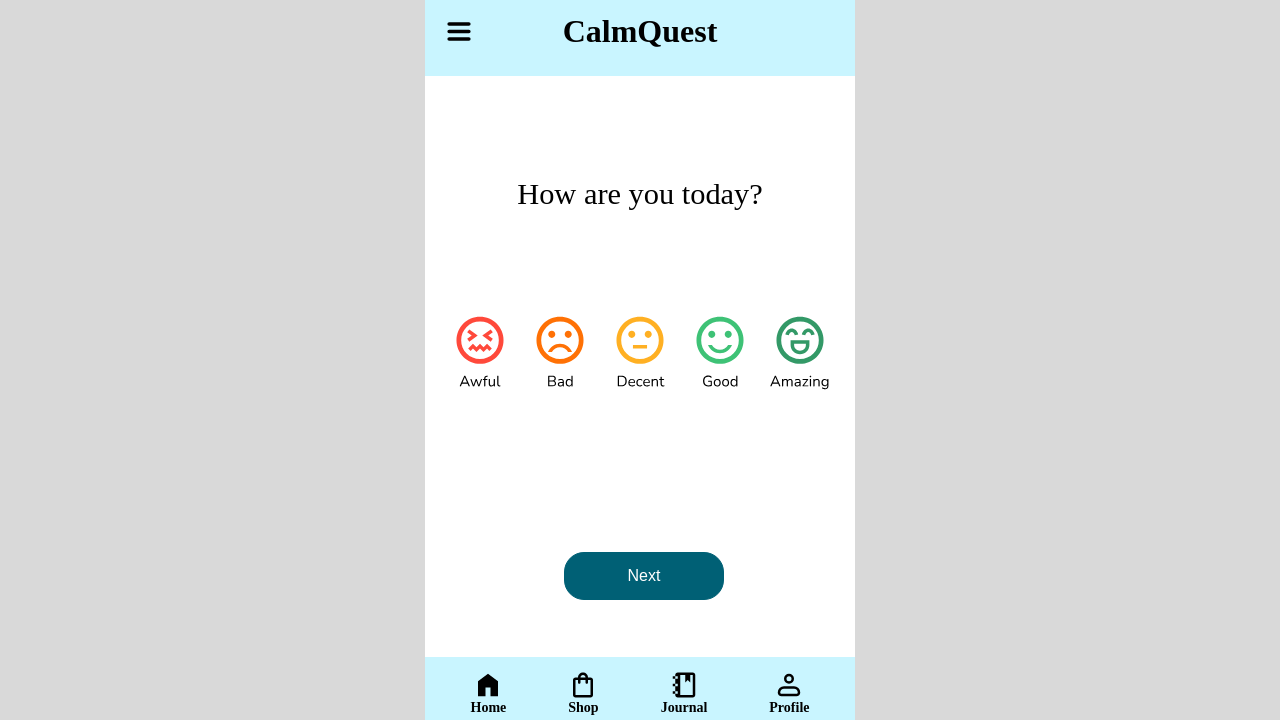
Repository: Michelle2317/CalmQuest
Page: /ParentQuiz
The author's editor kept a copy of each file at every save. The page is drawn from the files as they stood at one save, then again after the next save.
The browser window is 1280 px wide. The pictures show the whole page.
The project was rebuilt for these pictures with package versions that can differ from the ones it lists, and the page was loaded fresh each time. The framework's server and built-in components were replaced by stand-ins that run in the browser. Also part of the build but not shown: next.config.mjs.

Above is the page before, as saved 2024-04-11 02:17:05.

### pages/ParentQuiz.js
import Head from 'next/head'
import styles from '@/styles/Home.module.css'
import ChildQuestions from './ChildQuestions'
import Navbar from '@/components/Navbar'
import Tabbar from '@/components/Tabbar'
import Image from 'next/image'
import { useState } from 'react'

export default function ParentQuiz() {
	const [step, setStep] = useState(1)
	const [previousAnswer, setPreviousAnswer] = useState(null)
	const [selectedAnswers, setSelectedAnswers] = useState([])
	const [quizComplete, setQuizComplete] = useState(false)
	const [score, setScore] = useState(0)
	const [outcome, setOutcome] = useState('')
	const [seedsClaimed, setSeedsClaimed] = useState(false)

	const handleAnswerSelect = (answer) => {
		let points = 0

		switch (step) {
			case 1:
				switch (answer) {
					case 'Awful':
						points = -2
						break
					case 'Bad':
						points = -1
						break
					case 'Decent':
						points = 0
						break
					case 'Good':
						points = 1
						break
					case 'Amazing':
						points = 2
						break
					default:
						break
				}
				break
			case 2:
				switch (answer) {
					case 'Joy':
						points = 1
						break
					case 'Sadness':
					case 'Fear':
						points = -1
						break
					case 'Anger':
						points = -2
						break
					default:
						break
				}
				break
			default:
				break
		}
		setSelectedAnswers([...selectedAnswers, { answer, points }])
		setScore(score + points)

		if (step === 4) {
			calculateOutcome()
		}
		setPreviousAnswer(answer)
	}

	const handleNextStep = () => {
		if (step < 4) {
			setStep(step + 1)
		} else {
			setQuizComplete(true)
			calculateOutcome()
		}
	}

	const calculateOutcome = () => {
		const headspace =
			selectedAnswers[
				selectedAnswers.length - 1
			].answer.toString()
		const totalScore = score
		let message = ''

		if (totalScore >= 0 && totalScore <= 3) {
			message = `You're doing a great job about your ${headspace.toLowerCase()}! Keep it up and you'll do wonders!`
		} else if (totalScore > 3 && totalScore <= 6) {
			message = `You're doing great about your ${headspace.toLowerCase()}!`
		} else if (totalScore >= -7 && totalScore <= -5.5) {
			message = `It sounds like you're having a tough time with your ${headspace.toLowerCase()}. Consider seeking professional help services.`
		} else if (totalScore > -5 && totalScore <= -3) {
			message = `It sounds like you're struggling with your ${headspace.toLowerCase()}. Try some mental exercises to improve your mood.`
		} else if (totalScore > -2.5 && totalScore < 0) {
			message = `It seems like you're having a bit of difficulty with your ${headspace.toLowerCase()}. Mental exercises might help.`
		}
		setOutcome(message)
	}

	const handleClaimSeeds = () => {
		setSeedsClaimed(true)
	}

	const handleMoreActivities = () => {}

	const handlePreviousStep = () => {
		if (step > 1) {
			setStep(step - 1)
		}
	}

	const handleSubmitQuiz = () => {
		setQuizComplete(true)
		calculateOutcome()
	}

	return (
		<>
			<Head>
				<title>CalmQuest</title>
				<meta name="description" content="Generated by create next app" />
				<meta name="viewport" content="width=device-width, initial-scale=1" />
				<link rel="icon" href="/favicon.ico" />
			</Head>
			<main className={`${styles.main}`}>
				<div className={styles.mainContainer}>
					<Navbar />
					{!quizComplete && (
						<ChildQuestions
							question={
								step === 1
									? 'How are you today?'
									: step === 2
									? 'How do you feel?'
									: step === 3
									? 'Describe your feelings?'
									: "What's taking up most of your headspace right now?"
							}
							onSelect={
								handleAnswerSelect
							}
							previousAnswer={
								previousAnswer
							}
							handleNextStep={
								handleNextStep
							}
							outcome={outcome}
					  />
				  )}
					{quizComplete && (
						<div
							className={styles.outcomeContainer}>
							<Image
								src="/images/check.svg"
								alt="Check"
								width={100}
								height={100}
								className={styles.checkIcon}
							/>
							<h2 className={styles.checkDone}>Check-In Done!</h2>
							<p className={`${styles.outcomeMessage}`}>{outcome}</p>
							{!seedsClaimed ? (
								<button
									className={styles.primaryButtonQuiz}
									onClick={handleClaimSeeds}>	Claim 3x Seeds
								</button>
							) : (
								<p
									className={styles.claimedSeeds}>Seeds Claimed</p>
							)}
							<button
								className={styles.primaryButtonQuiz}
								onClick={handleMoreActivities}>More Activities
							</button>
						</div>
					)}
					<div className={styles.buttonContainer}>
						{step > 1 && !quizComplete && (
							<button
								className={`${styles.secondaryButtonQuiz}`}
								onClick={handlePreviousStep}
								tabindex="0">Back
							</button>
						)}
						{!quizComplete ? (
							<button
								className={`${styles.primaryButtonQuiz}`}
								onClick={step === 4 ? handleSubmitQuiz : handleNextStep}
								tabindex="0"
							  >
								{step === 4 ? 'Submit' : 'Next'}
							</button>
						) : (
							<>
              </>
						)}
					</div>
					<Tabbar />
				</div>
			</main>
		</>
	)
}

### styles/globals.css
:root {
	--white: #fff;
	--black: #000;
	--gray: #d9d9d9;
	--light-blue: #c9f5ff;
	--dark-turquoise: #006075;
	--dark-gray: #C0C0C0;
	/* --ombre: linear-gradient(180deg, #E7ECFF 0%, #D8FFFA 100%); */
	/* font size */
	--title1: 36px;
	--title2: 32px;
	--body2: 16px;
	--body-3-small: 14px;
	--body-1-large: 18px;
}

* {
	margin: 0;
	padding: 0;
}

### styles/Home.module.css
.main {
	display: flex;
	flex-direction: row;
	justify-content: center;
	align-items: center;
	min-height: 20vh;
	background-color: var(--gray);
	overflow-y: hidden;
}

.mainContainer {
	position: relative;
	display: flex;
	flex-direction: column;
	justify-content: space-between;
	align-items: center;
	width: 430px;
	height: 100vh;
	max-height: 932px;
	background-color: var(--white);
	overflow-y: auto;
	overflow-x: hidden;
}

.getStartedButton {
}

/*home content*/
.helloContainer {
	display: flex;
	flex-direction: row;
	align-items: center;
	gap: 48px;
}

.mainHello {
	font-size: var(--title2);
}

.mainQuote,
.checkIn {
	font-size: var(--body-3-small);
}

.journalingContainer {
	width: 398px;
}

.explore,
.prompt {
	font-size: var(--body-1-large);
	font-weight: bold;
}

.quote {
	font-size: var(--body2);
}

.write {
	text-align: right;
}

.exerciseCarousel {
	display: flex;
	flex-direction: row;
}

/* Quiz/Check-In */
.questionOne,
.questionTwo {
	color: var(--black);
	font-family: 'Merriweather', serif;
	font-size: 1.9em;
	font-weight: 400;
	text-align: center;
}

.questionDescription {
	font-family: 'Nunito', sans-serif;
	font-size: 1rem;
	font-weight: 400;
}

.questionTwoDescription {
	font-family: 'Nunito', sans-serif;
	font-size: 1rem;
	font-weight: 400;
	margin-top: -4rem;
}

.questionThreeDescription {
	font-family: 'Nunito', sans-serif;
	font-size: 1rem;
	font-weight: 400;
	margin-top: -5rem;
}

.emojis {
	flex-direction: row;
	display: inline-flex;
	position: relative;
	justify-content: center;
	padding-bottom: 10rem;
}

.questionOneNext {
	position: absolute;
	margin-top: 28rem;
}

.quizNext {
	position: absolute;
	margin-top: 30rem;
	margin-left: 8rem;
}

.quizBack {
	position: absolute;
	margin-top: 30rem;
	margin-right: 8rem;
}

.emojisEmotion {
	display: flex;
	flex-wrap: wrap;
	justify-content: center;
	margin-top: -4rem;
}

.emotionContainer {
	display: flex;
}

.emotionRegular {
	width: 9rem;
	height: 6rem;
	margin: 0.5rem;
	padding: 0.5rem;
	background-color: var(--light-blue);
	border-radius: 0.5rem;
}

.selectedEmoji {
	border: 0.2rem solid var(--dark-turquoise);
}

.multiSelectContainer {
	display: flex;
	flex-wrap: wrap;
	justify-content: center;
}

.titleEmotion {
	position: absolute;
	margin-top: -5rem;
}

.rectangle {
	width: 6.5rem;
	height: 3.5rem;
	background-color: var(--light-blue);
	margin: 0.5rem;
	display: flex;
	justify-content: center;
	align-items: center;
	border-radius: 0.5rem;
	font-family: 'Nunito', sans-serif;
}

.buttonContainer {
	position: absolute;
	margin-top: 34.5rem;
}

.primaryButtonQuiz {
	text-align: center;
	color: var(--white);
	font-size: 16px;
	font-family: 'Nunito', sans-serif;
	font-weight: 400;
	word-wrap: break-word;
	width: 160px;
	height: 48px;
	background: var(--dark-turquoise);
	border: 1px var(--dark-turquoise) solid;
	border-radius: 20px;
	overflow: hidden;
	justify-content: center;
	align-items: center;
	gap: 10px;
	display: inline-flex;
	margin-left: 0.5rem;
}

.primaryButtonQuiz:hover {
	text-align: center;
	color: var(--dark-turquoise);
	font-size: 16px;
	font-family: 'Nunito', sans-serif;
	font-weight: 400;
	word-wrap: break-word;
	width: 160px;
	height: 48px;
	background: var(--light-blue);
	border: 1px var(--dark-turquoise) solid;
	border-radius: 20px;
	overflow: hidden;
	justify-content: center;
	align-items: center;
	display: inline-flex;
	margin-left: 3rem;
	margin-top: 2rem;
}

.secondaryButtonQuiz {
	text-align: center;
	color: var(--white);
	font-size: 16px;
	font-family: 'Nunito', sans-serif;
	font-weight: 400;
	word-wrap: break-word;
	width: 160px;
	height: 48px;
	border-radius: 20px;
	background-color: var(--black);
	overflow: hidden;
	border: 1px var(--black) solid;
	justify-content: center;
	align-items: center;
	gap: 10px;
	display: inline-flex;
}

.secondaryButtonQuiz:hover {
	width: 160px;
	height: 48px;
	color: var(--black);
	background: var(--white);
	border-radius: 20px;
	overflow: hidden;
	border: 1px var(--black) solid;
	justify-content: center;
	align-items: center;
	gap: 10px;
	display: inline-flex;
}

.secondary,
.button {
	color: var(--dark-turquoise);
}

.checkIcon {
	position: relative;
	padding-left: 10rem;
	margin-top: -4rem;
}

.checkDone {
	color: var(--black);
	font-family: 'Merriweather', serif;
	font-size: 1.9em;
	font-weight: 400;
	text-align: center;
	padding-top: 2rem;
	padding-bottom: 1rem;
}

.claimedSeeds {
	text-align: center;
	color: var(--white);
	font-size: 16px;
	font-family: 'Nunito', sans-serif;
	font-weight: 400;
	width: 160px;
	height: 48px;
	background: var(--dark-gray);
	border: 1px var(--dark-turquoise) solid;
	border-radius: 20px;
	overflow: hidden;
	justify-content: center;
	align-items: center;
	display: inline-flex;
	margin-left: 3rem;
	margin-top: 2rem;
}

.outcomeMessage {
	text-align: center;
	width: 90%;
	padding-left: 1rem;
}

### components/Navbar/index.js
import styles from './Navbar.module.css'
import Image from 'next/image'

export default function Navbar() {
	return (
		<>
			<div className={styles.navbar}>
					<Image
						src={`/images/hamburgerMenu.svg`}
						alt="hamburger menu"
						width="30"
						height="30"
						className={styles.hamburgerMenuIcon}
					/>
				<div className={styles.calmQuest}>CalmQuest</div>
			</div>
		</>
	)
}

### components/Tabbar/index.js
import styles from "./Tabbar.module.css";
import Image from "next/image";

export default function Tabbar() {
  return (
    <>
      <div className={styles.tabbar}>
        <div className={styles.homeContainer}>
          <Image
            src={`/images/homeSecondary.svg`}
            alt="home"
            width={30}
            height={30}
            className={styles.homeSecondary}
          />
          <p>Home</p>
        </div>
        <div className={styles.shopContainer}>
          <Image
            src={`/images/shopPrimary.svg`}
            alt="shop icon"
            width={30}
            height={30}
            className={styles.shopPrimary}
          />
          <p>Shop</p>
        </div>
        <div className={styles.journalContainer}>
          <Image
            src={`/images/journalPrimary.svg`}
            alt="journal icon"
            width={30}
            height={30}
            className={styles.journalPrimary}
          />
          <p>Journal</p>
        </div>
        <div className={styles.profileContainer}>
          <Image
            src={`/images/profilePrimary.svg`}
            alt="profile icon"
            width={30}
            height={30}
            className={styles.profilePrimary}
          />
          <p>Profile</p>
        </div>
      </div>
    </>
  );
}

### components/Navbar/Navbar.module.css
.navbar {
	width: 430px;
	height: 72px;
	padding-top: 1px;
	padding-left: 13px;
	padding-right: 132px;
	background: #c9f5ff;
	display: flex;
	justify-content: center;
	align-items: center;
	gap: 89px;
}

.hamburgerMenuIcon {
	width: 30px;
	height: 30px;
	position: relative;
	flex-direction: column;
	justify-content: flex-start;
	align-items: flex-start;
	display: flex;
}

.calmQuest {
	color: var(--black);
	font-size: 32px;
	font-family: Nunito;
	font-weight: 700;
}

### components/Tabbar/Tabbar.module.css
.tabbar {
	width: 430px;
	height: 65px;
	padding-top: 1px;
	background: #c9f5ff;
	display: flex;
	justify-content: center;
	align-items: center;
	gap: 62px;
}

.tabbar p {
	color: var(--black);
	font-size: 14px;
	font-family: Nunito;
	font-weight: 700;
}

.homeContainer, .shopContainer, .journalContainer, .profileContainer {
    display: flex;
    flex-direction: column;
    align-items: center;
}

Loaded but not shown: pages/_app.js (common file); pages/_document.js (common file); pages/ChildQuestions.js (414 lines, source omitted)

After the next save:
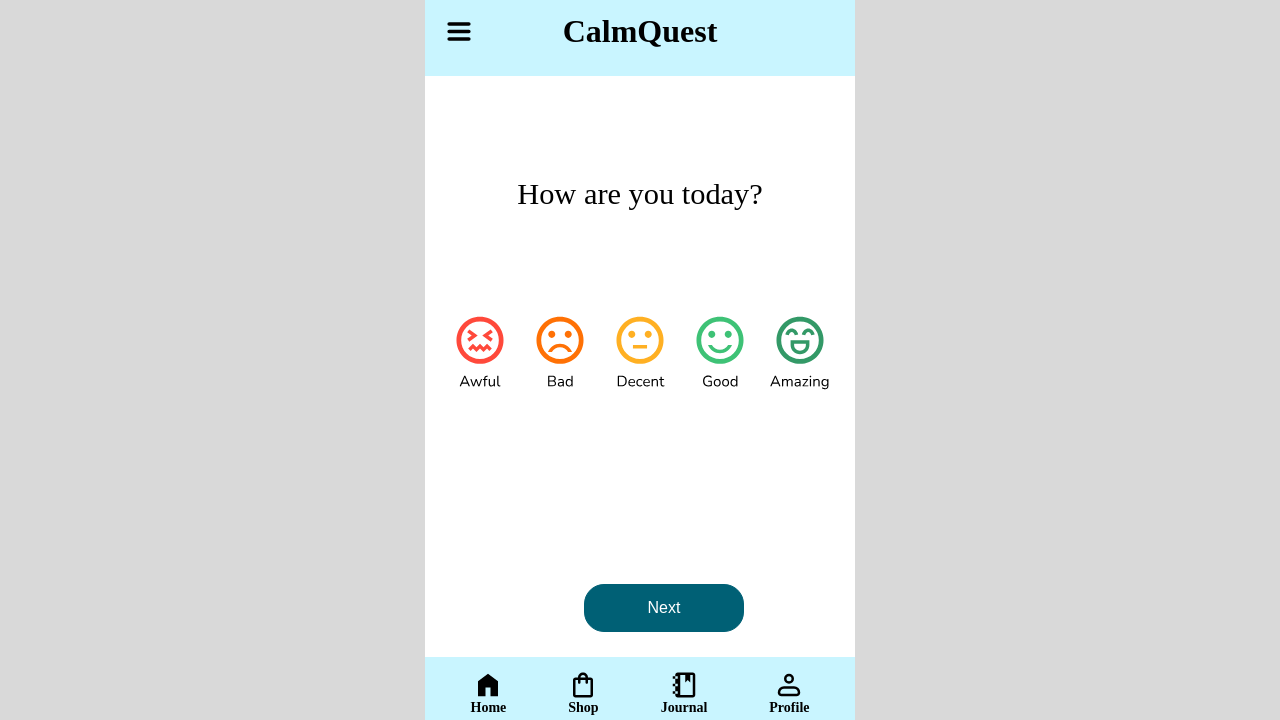
Saved 6 s later.
--- a/styles/Home.module.css
+++ b/styles/Home.module.css
@@ -187,9 +187,9 @@
 	overflow: hidden;
 	justify-content: center;
 	align-items: center;
-	gap: 10px;
-	display: inline-flex;
-	margin-left: 0.5rem;
+	display: inline-flex;
+	margin-left: 3rem;
+	margin-top: 2rem;
 }
 
 .primaryButtonQuiz:hover {
